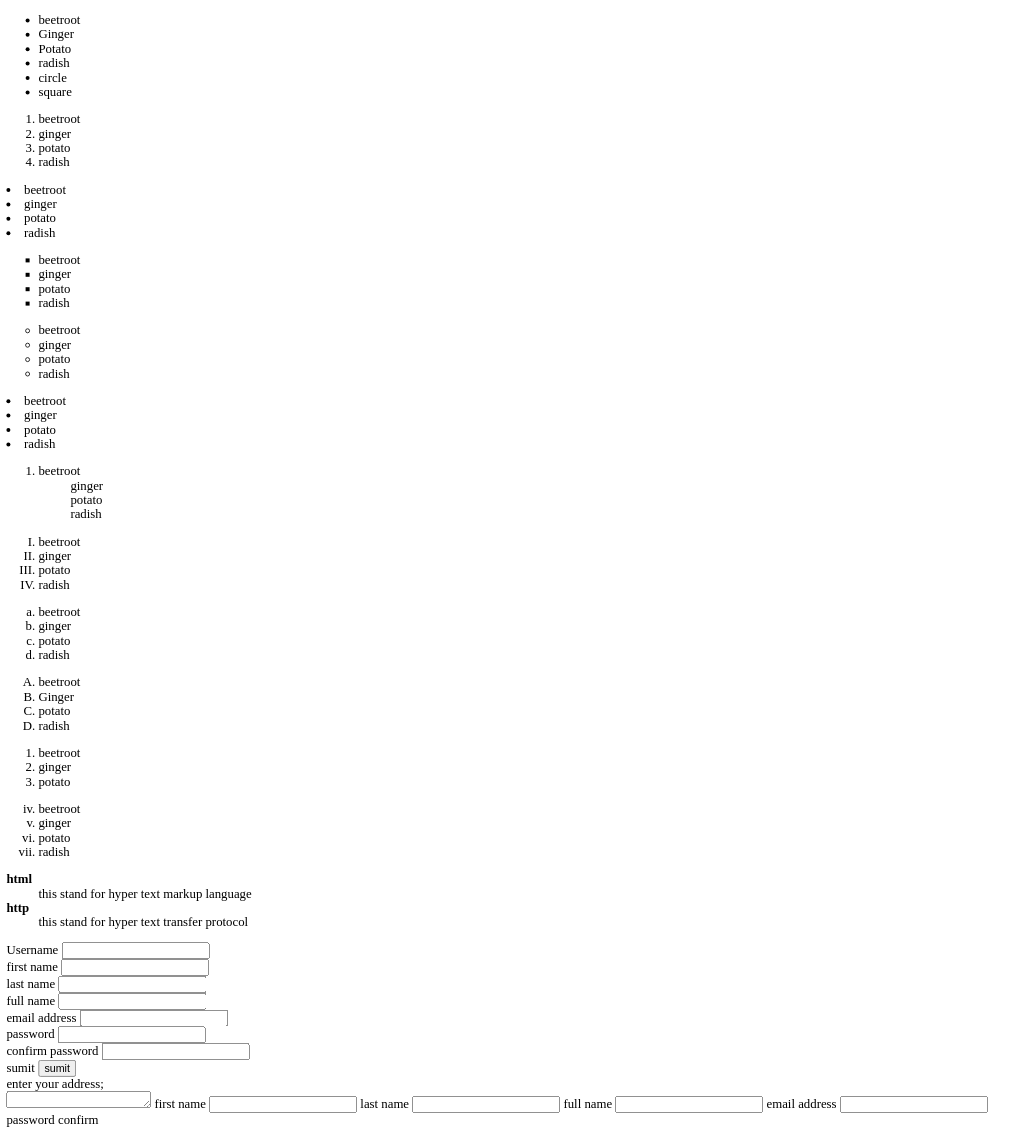
Repository: Achuut/first-code-lessons
Page: Achut.HTML
The author's editor kept a copy of each file at every save. The page is drawn from the files as they stood at one save, then again after a run of saves.
The browser window is 1280 px wide. The pictures show the whole page, at 80% of full size.

Above is the page before, as saved 2023-03-08 11:43:51.

After the next 3 saves:
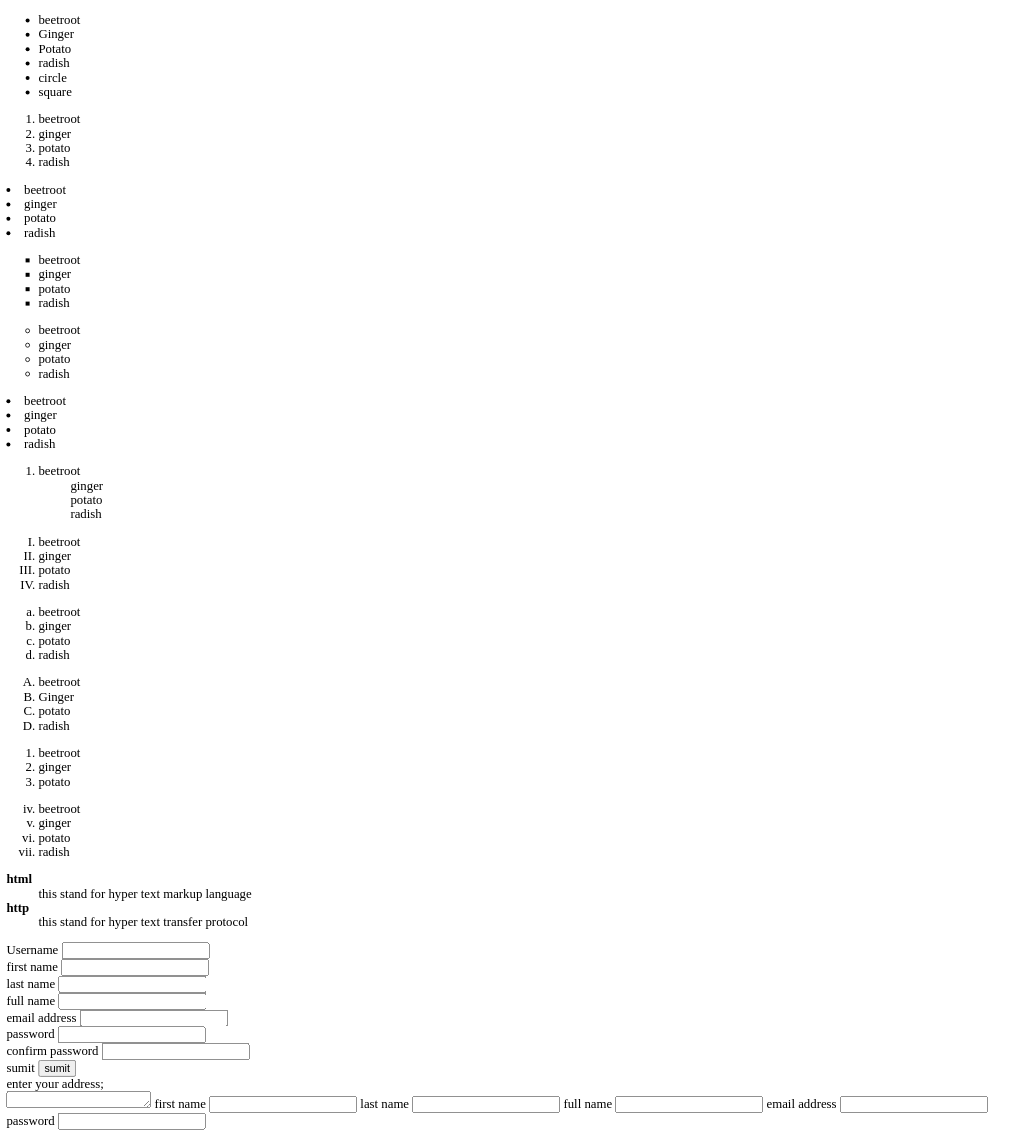
The 3 saves are shown as one change because they came seconds apart.
The last was saved 73 s later.
--- a/Achut.HTML
+++ b/Achut.HTML
@@ -104,6 +104,6 @@
       last name <input type="text" name="lastname">
       full name <input type="text" name="fullname">
       email address <input type="text" name="email">
-      password confirm
+      password <input type="text">
       </form>
 </body>
